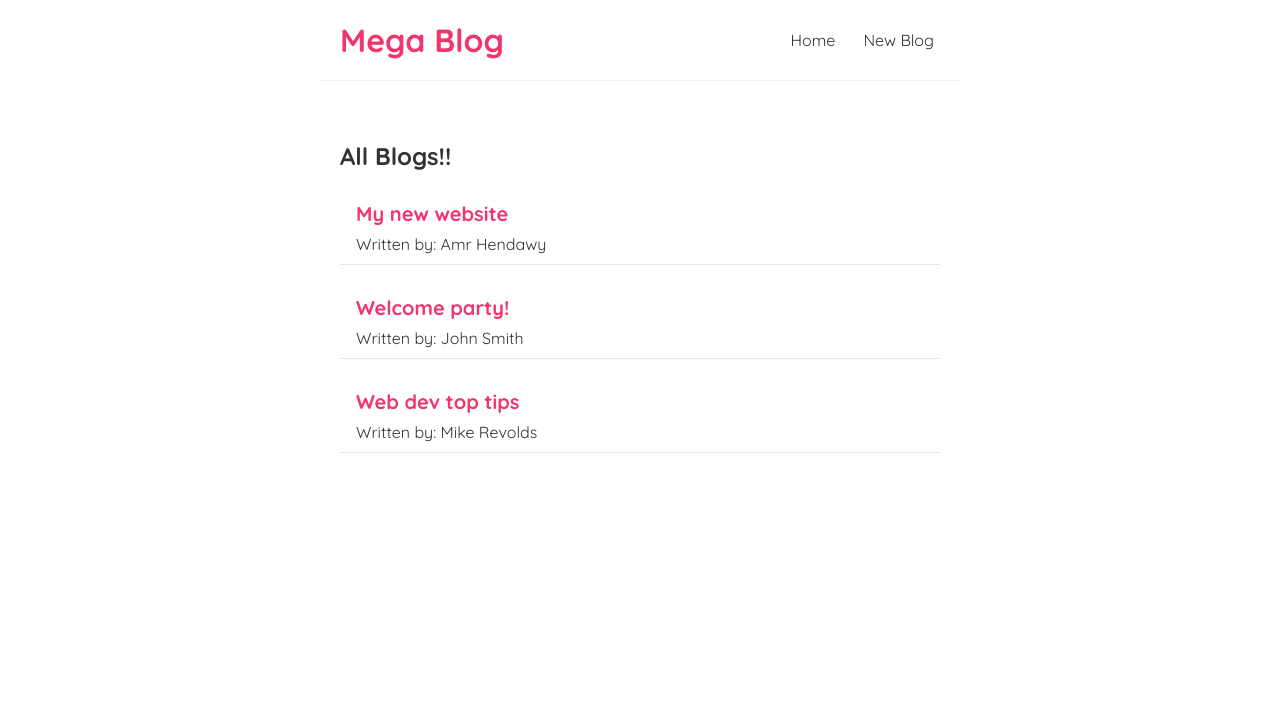
Repository: Amr-Hendawy/blog
Page: /
These files come from the project's save history. The page is drawn as it stood at one moment and after a run of saves; the edit follows.
The browser window is 1280 px wide. The pictures show the whole page.
The project was rebuilt for these pictures with package versions that can differ from the ones it lists, and the page was loaded fresh each time.

Above is the page before, as saved 2022-10-28 00:52:11.

### src/index.css
@import url("https://fonts.googleapis.com/css2?family=Quicksand:wght@300;400;500;600;700&display=swap");
/* base styles */
* {
  margin: 0;
  font-family: "Quicksand";
  color: #333;
}
.navbar {
  padding: 20px;
  display: flex;
  align-items: center;
  max-width: 600px;
  margin: 0 auto;
  border-bottom: 1px solid #f2f2f2;
}
.navbar h1 {
  color: #f1356d;
}
.navbar .links {
  margin-left: auto;
}
.navbar a {
  margin-left: 16px;
  text-decoration: none;
  padding: 6px;
}
.navbar a:hover {
  color: #f1356d;
}
.content {
  max-width: 600px;
  margin: 40px auto;
  padding: 20px;
}
/*blog previews / list*/

.blog-preview {
  padding: 10px 16px;
  margin: 20px 0;
  border-bottom: 1px solid rgba(0, 0, 0, 0.1);
}

.blog-preview:hover {
  box-shadow: 1px 3px 5px rgba(0, 0, 0, 0.1);
}
.blog-preview h2 {
  font-size: 20px;
  color: #f1356d;
  margin-bottom: 8px;
}

### src/App.js
import Home from "./Components/Home/Home";
import { Navbar } from "./Components/Navbar/Navbar.jsx";

function App() {
  return (
    <div className="App">
      <Navbar />
      <div className="content">
        <Home />
      </div>
    </div>
  );
}

export default App;

### src/Components/Home/Home.js
import { useState } from "react";
import BlogList from "../BlogList/BlogList";

const Home = () => {
  let [blogs, setBlogs] = useState([
    {
      id: 1,
      author: "Amr Hendawy",
      title: "My new website",
      body: "English Teacher",
    },
    {
      id: 2,
      author: "John Smith",
      title: "Welcome party!",
      body: "German Guide",
    },
    {
      id: 3,
      author: "Mike Revolds",
      title: "Web dev top tips",
      body: "Doctor",
    },
  ]);

  return (
    <div className="home">
      <BlogList test={blogs} title="All Blogs!!" />
    </div>
  );
};

export default Home;

### src/Components/Navbar/Navbar.jsx
import React from "react";

export const Navbar = () => {
  return (
    <div className="navbar">
      <h1>Mega Blog</h1>
      <div className="links">
        <a href="/Home">Home</a>
        <a href="/create">New Blog</a>
      </div>
    </div>
  );
};

### src/Components/BlogList/BlogList.js
import React from "react";

const BlogList = ({ test, title }) => {
  return (
    <div>
      <h2>{title}</h2>
      {test.map((el) => (
        <div className="blog-preview" key={el.id}>
          <h2> {el.title}</h2>
          <p> Written by: {el.author}</p>
        </div>
      ))}
    </div>
  );
};

export default BlogList;

Loaded but not shown: src/index.js (common file)

After the next 2 saves:
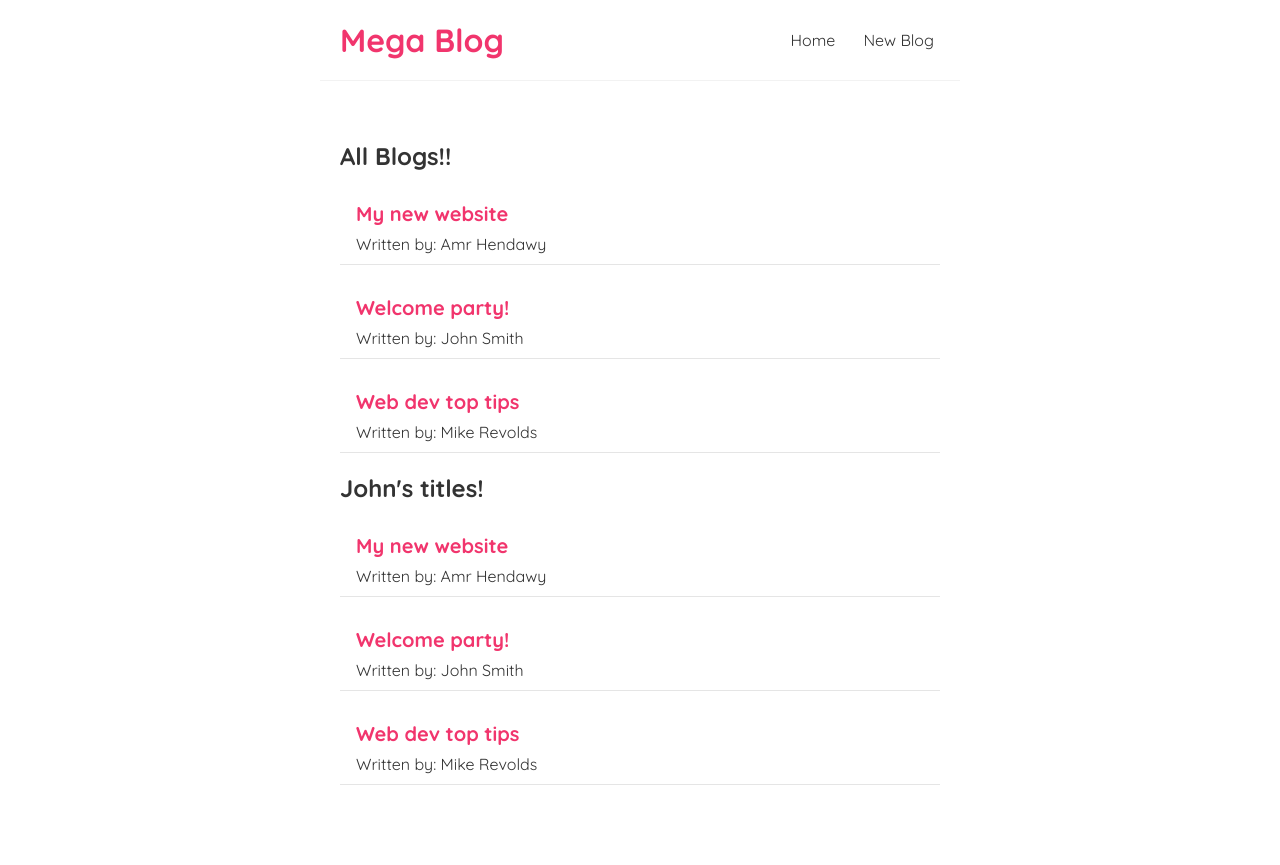
The 2 saves are shown as one change because they came seconds apart.
The last was saved 15 min 4 s later.
--- a/src/Components/Home/Home.js
+++ b/src/Components/Home/Home.js
@@ -26,6 +26,7 @@ const Home = () => {
   return (
     <div className="home">
       <BlogList test={blogs} title="All Blogs!!" />
+      <BlogList test={blogs} title="John's titles!" />
     </div>
   );
 };
